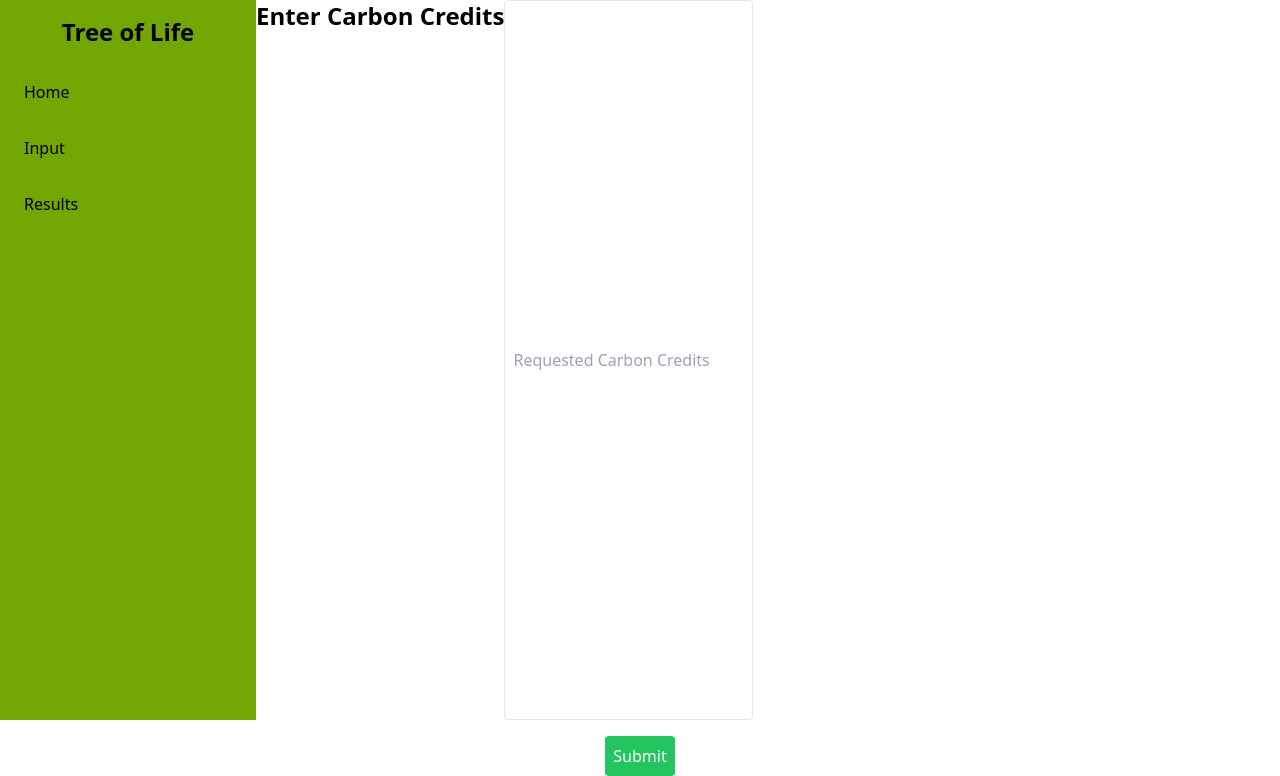
Repository: kayacancode/tolgrainger
Page: /input
The author's editor kept a copy of each file at every save. The page is drawn from the files as they stood at one save, then again after the next save.
The browser window is 1280 px wide. The pictures show the whole page.
The project was rebuilt for these pictures with package versions that can differ from the ones it lists, and the page was loaded fresh each time. The framework's server and built-in components were replaced by stand-ins that run in the browser. Also part of the build but not shown: next.config.mjs.

Above is the page before, as saved 2024-10-23 16:42:46.

### src/app/input/page.tsx
"use client";


import { useState } from "react";
import { useRouter } from "next/navigation";
import Sidebar from "@/components/Sidebar";

export default function CarbonInputPage() {
  const [credits, setCredits] = useState<number | "">("");
  const router = useRouter();

  const handleSubmit = (e: React.FormEvent) => {
    e.preventDefault();
    router.push("/result");
  };

  return (
    <form onSubmit={handleSubmit} className="space-y-4 text-center">
      <div className="flex">
        <Sidebar />
      <h2 className="text-2xl font-bold">Enter Carbon Credits</h2>
      <input
        type="number"
        placeholder="Requested Carbon Credits"
        value={credits}
        onChange={(e) => setCredits(e.target.value)}
        className=" p-2 border rounded"
      />
      </div>
      <button type="submit" className="bg-green-500 text-white p-2 rounded">
        Submit
      </button>
    </form>
  );
}

### src/components/SideBar.tsx
// components/Sidebar.tsx
"use client";

import React, { useState } from 'react';
import { useRouter } from 'next/navigation';

const Sidebar = () => {
  const router = useRouter();
  const [active, setActive] = useState<string>("");

  const handleNavigation = (path: string) => {
    setActive(path);
    router.push(path);
  };

  const links = [
    { name: "Home", path: "/" },
    { name: "Input", path: "/input" },
    { name: "Results", path: "/result" },
  ];

  return (
    <div className="w-64 h-screen bg-[#72A603] text-black flex flex-col">
      <h2 className="text-center text-2xl font-bold py-4">Tree of Life</h2>
      <nav className="flex-1">
        <ul>
          {links.map((link) => (
            <li key={link.path} className="py-2 px-4">
              <button
                className={`w-full text-left p-2 rounded hover:bg-gray-700 ${
                  active === link.path ? "bg-gray-700" : ""
                }`}
                onClick={() => handleNavigation(link.path)}
              >
                {link.name}
              </button>
            </li>
          ))}
        </ul>
      </nav>
    </div>
  );
};

export default Sidebar;

### tailwind.config.js
/** @type {import('tailwindcss').Config} */
module.exports = {
  content: [
    "./src/**/*.{js,jsx,ts,tsx}", // Include all your React components
    "./public/index.html",
  ],
  theme: {
    extend: {},
  },
  plugins: [],
};

Loaded but not shown: src/app/layout.tsx (common file); src/app/globals.css (common file)

After the next save:
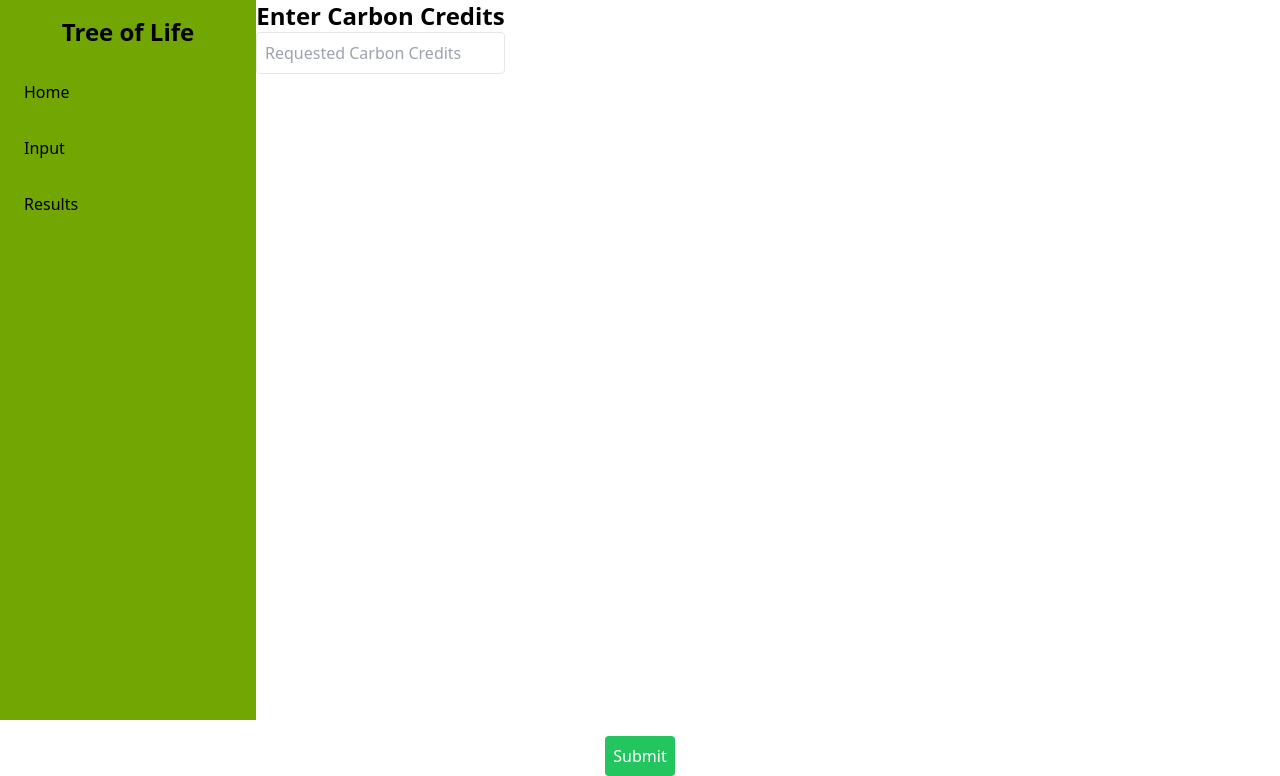
Saved 27 s later.
--- a/src/app/input/page.tsx
+++ b/src/app/input/page.tsx
@@ -18,6 +18,7 @@ export default function CarbonInputPage() {
     <form onSubmit={handleSubmit} className="space-y-4 text-center">
       <div className="flex">
         <Sidebar />
+        <div className="block">
       <h2 className="text-2xl font-bold">Enter Carbon Credits</h2>
       <input
         type="number"
@@ -27,6 +28,7 @@ export default function CarbonInputPage() {
         className=" p-2 border rounded"
       />
       </div>
+      </div>
       <button type="submit" className="bg-green-500 text-white p-2 rounded">
         Submit
       </button>
